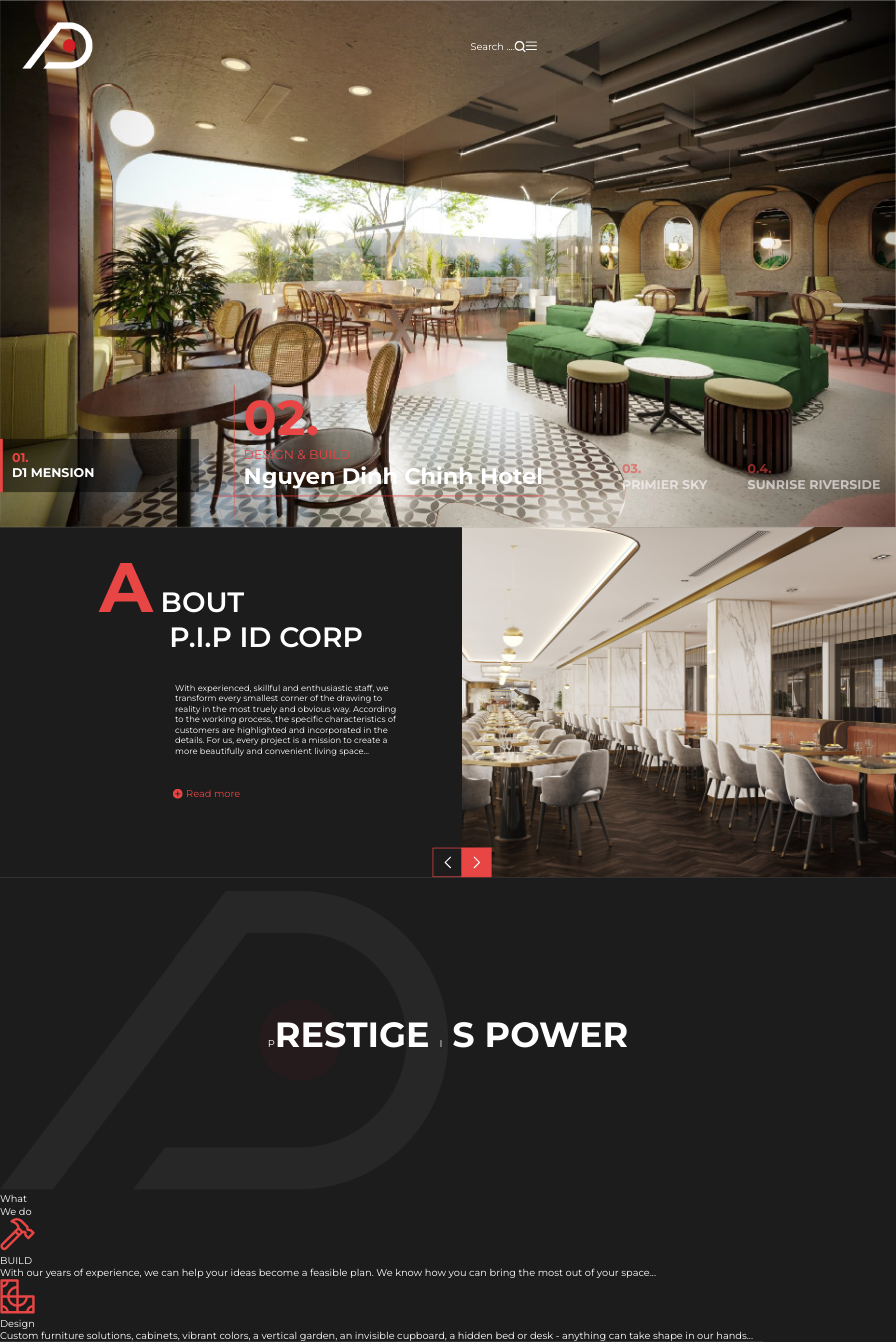
Repository: huudang2840/pipHomePage
Page: index.html
These files come from the project's save history. The page is drawn as it stood at one moment and after the next save; the edit follows.
The browser window is 1280 px wide. The pictures show the whole page, at 70% of full size.

Above is the page before, as saved 2023-03-21 14:53:26.

### index.html
<!DOCTYPE html>
<html lang="en">
  <head>
    <meta charset="UTF-8" />
    <meta http-equiv="X-UA-Compatible" content="IE=edge" />
    <meta name="viewport" content="width=device-width, initial-scale=1.0" />
    <title>Pip Home Page</title>

    <!-- CSS -->
    <link rel="stylesheet" href="style/style.css" />

    <!-- Fonts -->
    <link rel="preconnect" href="https://fonts.googleapis.com" />
    <link rel="preconnect" href="https://fonts.gstatic.com" crossorigin />
    <link
      href="https://fonts.googleapis.com/css2?family=Montserrat:wght@400;600;700&display=swap"
      rel="stylesheet"
    />
  </head>
  <body>
    <!-- Header -->
    <header class="header">
      <div class="header__img">
        <img src="/img/logo.png" alt="" />
      </div>
      <div class="header__option">
        <div class="option__search">
          <p>Search ....</p>
          <svg
            width="16"
            height="17"
            viewBox="0 0 16 17"
            fill="none"
            xmlns="http://www.w3.org/2000/svg"
          >
            <path
              d="M15.7189 14.9442L12.6438 11.8691C13.5758 10.6491 14.0869 9.16936 14.0871 7.60786C14.0871 5.72609 13.3542 3.95682 12.0234 2.62623C10.6928 1.29564 8.92376 0.562744 7.04176 0.562744C5.15999 0.562744 3.39072 1.29564 2.06013 2.62623C-0.68671 5.3733 -0.68671 9.84287 2.06013 12.5895C3.39072 13.9203 5.15999 14.6532 7.04176 14.6532C8.60326 14.653 10.0831 14.1419 11.3031 13.2099L14.3781 16.285C14.563 16.4701 14.8059 16.5627 15.0485 16.5627C15.2911 16.5627 15.5339 16.4701 15.7189 16.285C16.0892 15.9148 16.0892 15.3143 15.7189 14.9442ZM3.40091 11.2487C1.39344 9.24124 1.39368 5.97471 3.40091 3.96701C4.37339 2.99476 5.66649 2.4591 7.04176 2.4591C8.41726 2.4591 9.71012 2.99476 10.6826 3.96701C11.6551 4.93949 12.1908 6.23258 12.1908 7.60786C12.1908 8.98336 11.6551 10.2762 10.6826 11.2487C9.71012 12.2212 8.41726 12.7568 7.04176 12.7568C5.66649 12.7568 4.37339 12.2212 3.40091 11.2487Z"
              fill="white"
            />
          </svg>
        </div>
        <div class="option__lang"></div>
        <div class="option__menu">
          <svg
            width="16"
            height="13"
            viewBox="0 0 16 13"
            fill="none"
            xmlns="http://www.w3.org/2000/svg"
          >
            <path
              d="M16 10.9167V12.25H0V10.9167H16ZM16 5.58333V6.91667H0V5.58333H16ZM16 0.25V1.58333H0V0.25H16Z"
              fill="white"
            />
          </svg>
        </div>
        <div class="option__share"></div>
      </div>
    </header>

    <!-- Main -->
    <section>
      <div class="intro">
        <div class="intro__background">
          <img src="/img/page1.png" alt="" srcset="" id="masked" />
        </div>
        <div class="intro__list">
          <div class="list__left">
            <div>
              <span>
                <p>01.</p>
                <p>D1 Mension</p>
              </span>
            </div>
            <div>
              <span id="active_intro">
                <h1>02.</h1>
                <p>Design & build</p>
                <h1>Nguyen Dinh Chinh Hotel</h1>
                <div class="border__box"></div>
              </span>
            </div>
          </div>

          <div class="list__right">
            <div>
              <span>
                <p>03.</p>
                <p>Primier Sky</p>
              </span>
            </div>
            <div>
              <span>
                <p>0.4.</p>
                <p>Sunrise Riverside</p>
              </span>
            </div>
          </div>
        </div>
      </div>
      <div class="about">
        <div class="about__left">
          <span>
            <span>
              <h1><span class="text-red">A</span> bout</h1>
            </span>
            <h1 class="ml-100">P.I.P ID CORP</h1>
          </span>
          <span class="about__left__textaera">
            <p>
              With experienced, skillful and enthusiastic staff, we transform every smallest corner
              of the drawing to reality in the most truely and obvious way. According to the working
              process, the specific characteristics of customers are highlighted and incorporated in
              the details. For us, every project is a mission to create a more beautifully and
              convenient living space…
            </p>
          </span>
          <div class="read-more">
            <svg
              width="14"
              height="14"
              viewBox="0 0 14 14"
              fill="none"
              xmlns="http://www.w3.org/2000/svg"
            >
              <path
                d="M7 0C3.14005 0 0 3.14005 0 7C0 10.86 3.14005 14 7 14C10.86 14 14 10.86 14 7C14 3.14005 10.86 0 7 0ZM10.0625 7.5833H7.5833V10.0625C7.5833 10.3845 7.32204 10.6458 7 10.6458C6.67796 10.6458 6.4167 10.3845 6.4167 10.0625V7.5833H3.9375C3.61546 7.5833 3.3542 7.32204 3.3542 7C3.3542 6.67796 3.61546 6.4167 3.9375 6.4167H6.4167V3.9375C6.4167 3.61546 6.67796 3.3542 7 3.3542C7.32204 3.3542 7.5833 3.61546 7.5833 3.9375V6.4167H10.0625C10.3845 6.4167 10.6458 6.67796 10.6458 7C10.6458 7.32204 10.3845 7.5833 10.0625 7.5833Z"
                fill="#E84545"
              />
            </svg>
            <p>Read more</p>
          </div>
          <div class="arrow_prev">
            <svg
              width="11"
              height="18"
              viewBox="0 0 11 18"
              fill="none"
              xmlns="http://www.w3.org/2000/svg"
            >
              <path d="M10 17L2 9L10 1" stroke="white" stroke-width="1.6" />
            </svg>
          </div>
        </div>
        <div class="about__right">
          <img src="/img/about.jpeg" alt="" />
          <div class="arrow_next">
            <svg
              width="11"
              height="18"
              viewBox="0 0 11 18"
              fill="none"
              xmlns="http://www.w3.org/2000/svg"
            >
              <path d="M1 1L9 9L1 17" stroke="white" stroke-width="1.6" />
            </svg>
          </div>
        </div>
      </div>
      <div class="wedo">
        <div class="wedo__top">
          <div class="wedo__top__logo">
            <img src="/img/logo2.png" alt="" srcset="" />
          </div>
          <h2 class="wedo__top__text"><span>P</span>restige <span>i</span> s Power</h2>
        </div>
        <div class="wedo__bottom">
          <h2 class="wedo__bottom__text">What</h2>
          <h2 class="wedo__bottom__text">We do</h2>

          <div class="wedo__bottom__build">
            <svg
              width="50"
              height="48"
              viewBox="0 0 50 48"
              fill="none"
              xmlns="http://www.w3.org/2000/svg"
            >
              <path
                d="M48.9873 21.1033L44.931 17.0479C44.6268 16.7437 44.2209 16.5625 43.7911 16.5386L40.962 16.3804L40.8901 13.6863C40.8782 13.2385 40.6953 12.8113 40.3783 12.4951L32.3717 4.48853C30.1056 2.22241 27.0927 0.973145 23.8875 0.973145C23.8849 0.973145 23.8823 0.973145 23.8798 0.973145C20.6754 0.974854 17.6633 2.22412 15.3989 4.48853C14.9683 4.91919 14.7922 5.54126 14.9341 6.13257C15.0759 6.72559 15.5151 7.20068 16.0936 7.39038C22.7092 9.54797 24.1731 12.4049 24.6757 15.0402L2.11755 37.5984C-0.0357666 39.7517 -0.0357666 43.2551 2.11755 45.4084C4.27087 47.5618 7.77429 47.5618 9.92761 45.4084L28.4667 26.8694C28.4674 26.8686 28.4685 26.8684 28.4692 26.8677C28.47 26.8669 28.4702 26.8659 28.4709 26.8651L32.5843 22.7518L34.5305 22.804L34.6976 25.6372C34.7224 26.0645 34.9036 26.4695 35.2069 26.772L39.2632 30.8274C39.605 31.1692 40.0527 31.3401 40.5005 31.3401C40.9482 31.3401 41.396 31.1692 41.7378 30.8274L48.9873 23.5779C49.3154 23.2498 49.5 22.8054 49.5 22.3406C49.5 21.8757 49.3154 21.4314 48.9873 21.1033ZM38.1523 24.7673L37.978 21.8125C37.9532 21.3853 37.7721 20.9802 37.4688 20.6777L36.6296 19.8386C36.285 19.5467 35.8884 19.3765 35.4393 19.3259L32.6357 19.2507L28.1915 14.8074C27.6429 11.4988 26.0912 7.94067 20.2883 5.26782C21.3983 4.74829 22.6194 4.47485 23.8823 4.47314H23.8875C26.157 4.47314 28.2915 5.35669 29.8971 6.96313L37.4106 14.4758L37.4858 17.3025C37.5493 17.7349 37.6595 18.1839 37.9918 18.4919L37.9952 18.4886C37.9967 18.4901 37.997 18.4922 37.9985 18.4937L38.8265 19.3208C39.1307 19.625 39.5366 19.8062 39.9656 19.8301L42.929 19.9958L45.2754 22.3406L40.5005 27.1155L38.1523 24.7673ZM7.453 42.9338C6.66345 43.7234 5.38171 43.7234 4.59216 42.9338C3.80347 42.1443 3.80347 40.8625 4.59216 40.073L21.8961 22.7691L24.7569 25.6299L7.453 42.9338ZM27.2315 23.1553L24.3707 20.2945L26.5492 18.116L29.41 20.9768L27.2315 23.1553Z"
                fill="#E84545"
              />
            </svg>
            <h3>BUILD</h3>
            <p>
              With our years of experience, we can help your ideas become a feasible plan. We know
              how you can bring the most out of your space...
            </p>
          </div>
          <div class="wedo__bottom__design">
            <svg
              width="50"
              height="50"
              viewBox="0 0 50 50"
              fill="none"
              xmlns="http://www.w3.org/2000/svg"
            >
              <path
                d="M47.75 23.25H26.75V2.25C26.75 1.28357 25.9664 0.5 25 0.5H2.25C1.28357 0.5 0.5 1.28357 0.5 2.25V47.75C0.5 48.7164 1.28357 49.5 2.25 49.5H47.75C48.7164 49.5 49.5 48.7164 49.5 47.75V39V25C49.5 24.0336 48.7164 23.25 47.75 23.25ZM46 37.4081C41.6125 38.1488 38.1488 41.6125 37.4081 46H26.75V39.7627C33.554 38.9605 38.9605 33.554 39.7627 26.75H46V37.4081ZM46 46H40.9713C41.6062 43.5433 43.5433 41.6062 46 40.9713V46ZM4 12.5919C8.3875 11.8512 11.8512 8.3875 12.5919 4H23.25V10.2373C16.446 11.0395 11.0395 16.446 10.2373 23.25H4V12.5919ZM4 4H9.02869C8.3938 6.45667 6.45667 8.3938 4 9.02869V4ZM23.25 26.75V36.226C18.3799 35.4688 14.5312 31.6201 13.774 26.75H23.25ZM26.75 26.75H36.2408C35.4855 31.6218 31.6204 35.4564 26.75 36.2148V26.75ZM23.25 23.25H13.7852C14.5436 18.3796 18.3782 14.5145 23.25 13.7592V23.25ZM4 46V40.9713C6.45667 41.6062 8.3938 43.5433 9.02869 46H4ZM4 37.4081V26.75H10.2373C11.0395 33.554 16.446 38.9605 23.25 39.7627V46H12.5919C11.8512 41.6125 8.3875 38.1488 4 37.4081Z"
                fill="#E84545"
              />
            </svg>
            <h3>Design</h3>
            <p>
              Custom furniture solutions, cabinets, vibrant colors, a vertical garden, an invisible
              cupboard, a hidden bed or desk - anything can take shape in our hands...
            </p>
          </div>
        </div>
      </div>
      <div class="projects"></div>
      <div class="customer"></div>
      <div class="contact"></div>
    </section>

    <!-- Footer -->
    <footer></footer>
  </body>
  <script src="/js/index.js"></script>
</html>

### style/style.css
:root {
  --color-bg: #1c1c1c;
  --color-red: #e84545;
}
* {
  margin: 0;
  padding: 0;
  color: white;
  font-family: "Montserrat", sans-serif;
  font-size: 14px;
  font-weight: 400;
  list-style: none;
}
/* Header */
.header {
  position: fixed;
  display: flex;
  width: 100%;
  background-color: transparent;
  justify-content: space-between;
  align-items: center;
  z-index: 10;
  padding: 32px;
}
.header__img {
  flex: 1;
}
.header__img > img {
  width: 100px;
  height: 66px;
}
#masked {
  z-index: 10;
  /* background-color: black; */
  /* background: radial-gradient(50% 50% at 50% 50%, rgba(0, 0, 0, 0) 0%, #000000 100%); */

  /* -webkit-mask-image: radial-gradient(
    circle at 50% 50%,
    rgb(0, 0, 0) 40%,
    rgba(0, 0, 0, 0.617) 70%
  ); */

  /* -webkit-mask-image: radial-gradient(circle at center, red 0, blue, green 100%); */
}

.header__option {
  flex: 1;
  width: 100px;
  height: 66px;
  display: flex;
  align-items: center;
}

.option__search {
  display: flex;
}
.option__menu {
  width: 50px;
}

/* Intro */
.intro {
  position: relative;
}
.intro__background {
  height: 100%;
  width: 100%;
}

.intro__background > img {
  width: 100%;
  object-fit: cover;
  display: block;
}
.intro__list {
  display: flex;
  width: 100%;
  position: absolute;
  bottom: 50px;
  justify-content: space-between;
}

.intro__list span {
  height: 100%;
  display: flex;
  flex-direction: column;
  justify-content: center;
  padding-left: 13px;
}
.intro__list span > * {
  font-size: 18px;
  font-weight: 700;
  text-transform: uppercase;
  z-index: 10;
}
.intro__list span > p:nth-child(1) {
  color: var(--color-red);
}
.list__left {
  display: flex;
  flex: 2;
}
.list__left div:nth-child(1) {
  height: 76px;
  width: 280px;
  align-self: end;
  border-left: 4px solid var(--color-red);
  background: rgb(0, 0, 0, 0.5);
}

.list__right {
  display: flex;
  flex: 1;
  align-self: flex-end;
  opacity: 0.6;
  justify-content: space-around;
}

#active_intro {
  margin-left: 50px;
  border-bottom: 1px solid var(--color-red);
  border-left: 1px solid var(--color-red);
  position: relative;
  padding-bottom: 5px;
}
#active_intro h1:nth-child(1) {
  font-size: 70px;
  color: var(--color-red);
}
#active_intro p {
  font-size: 18px;
  font-weight: 400;
  color: var(--color-red);
}
#active_intro h1:nth-child(3) {
  font-size: 32px;
  text-transform: none;
}

.border__box {
  position: absolute;
  left: -31px;
  bottom: -31px;
  height: 30px;
  width: 30px;
  border-top: 1px solid var(--color-red);
  border-right: 1px solid var(--color-red);
}
/* About */
.about {
  background-color: var(--color-bg);
  display: flex;
  height: 500px;
}
.about__left {
  flex: 1;
  padding-top: 60px;
  display: flex;
  flex-direction: column;
  align-items: center;
  position: relative;
}
.arrow_prev {
  display: flex;
  position: absolute;
  height: 40px;
  width: 40px;
  border: 1.6px solid var(--color-red);
  align-items: center;
  justify-content: center;
  bottom: 0;
  right: 0;
}
.text-red {
  font-weight: 700;
  font-size: 100px;
  /* line-height: 195px; */
  color: var(--color-red);
}
.about__left h1 {
  font-weight: 600;
  font-size: 40px;
  text-transform: uppercase;
  line-height: 50px;
}
.text-about {
  display: flex;
}
.about__right {
  flex: 1;
  position: relative;
}
.arrow_next {
  display: flex;
  position: absolute;
  height: 40px;
  width: 40px;
  border: 1.6px solid var(--color-red);
  background-color: var(--color-red);
  align-items: center;
  justify-content: center;
  bottom: 0;
  left: 1;
}
.about__right > img {
  height: 100%;
  width: 100%;
  object-fit: cover;
}
.about__left__textaera {
  margin-top: 40px;
}
.about__left__textaera p {
  margin-left: 250px;
  margin-right: 90px;
  width: 320px;
  overflow-wrap: break-word;
  font-size: 12px;
}
.read-more {
  display: flex;
  margin-top: 45px;
  margin-right: 70px;
  align-items: center;
}
.read-more p {
  margin-left: 5px;
  color: var(--color-red);
}
.ml-100 {
  margin-left: 100px;
}

/* Wedo */
.wedo {
  background-color: var(--color-bg);
}
.wedo__top {
  position: relative;
  width: 100%;
}

.wedo__top__logo {
  padding-top: 20px;
  opacity: 0.05;
  width: 50%;
}
.wedo__top__text {
  position: absolute;
  top: 50%;
  left: 50%;
  /* width: 100%; */
  transform: translate(-50%, -50%);
  font-weight: 700;
  font-size: 50px;
  text-transform: uppercase;
}

.wedo__top__logo img {
  width: 100%;
  height: 100%;
}

Loaded but not shown: js/index.js (no copy from this time; the picture is the same without it)

After the next save:
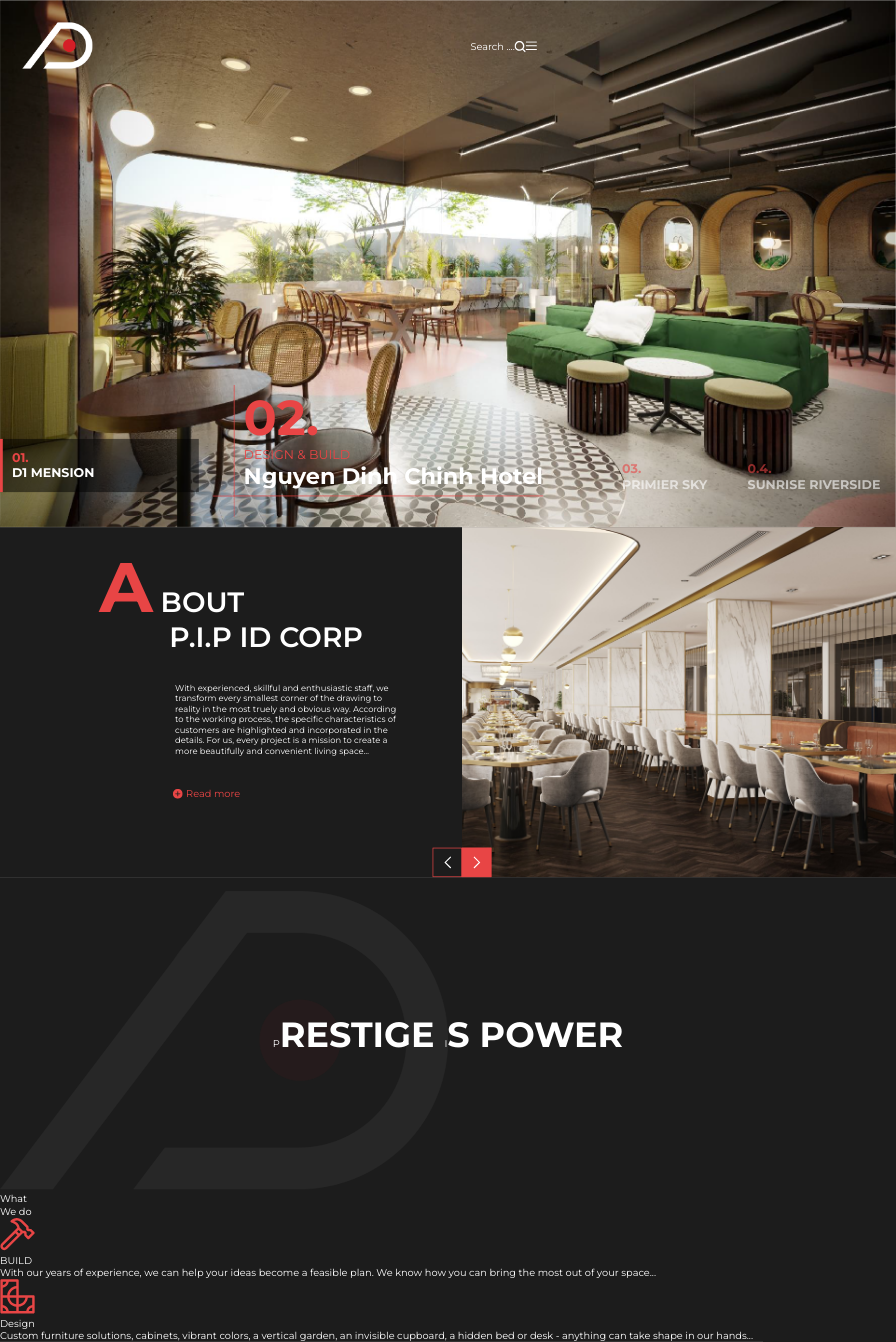
Saved 7 s later.
--- a/index.html
+++ b/index.html
@@ -162,7 +162,7 @@
           <div class="wedo__top__logo">
             <img src="/img/logo2.png" alt="" srcset="" />
           </div>
-          <h2 class="wedo__top__text"><span>P</span>restige <span>i</span> s Power</h2>
+          <h2 class="wedo__top__text"><span>P</span>restige <span>i</span>s <span></span> Power</h2>
         </div>
         <div class="wedo__bottom">
           <h2 class="wedo__bottom__text">What</h2>
